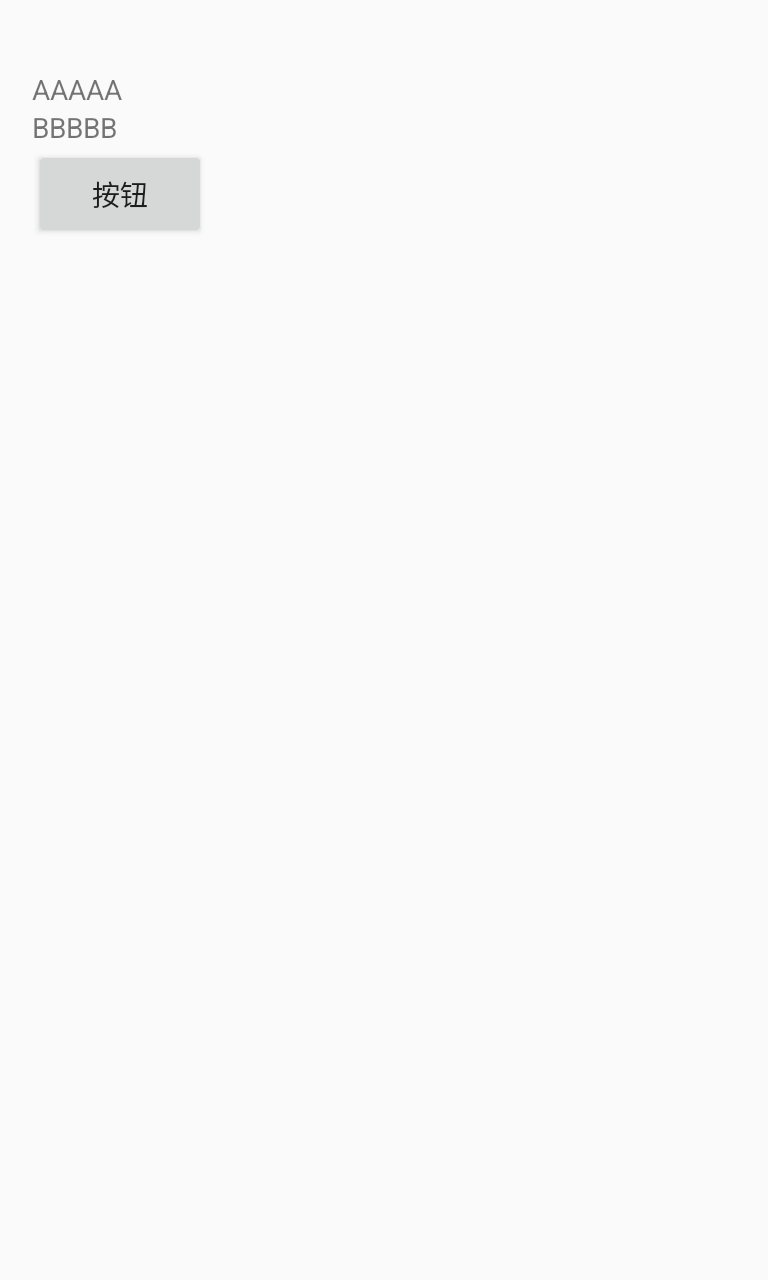
Repository: zzznn/Android_and_java
Layout: work/Day0202/res/layout/activity_main.xml
These files come from the project's save history. The layout is drawn as it stood at one moment and after the next save; the edit follows.
It is drawn on a 768 x 1280 px phone screen (xhdpi) without system bars, with theme AppTheme; the app's code is not run.

Above is the layout before, as saved 2018-01-03 07:20:49.

After the next save:
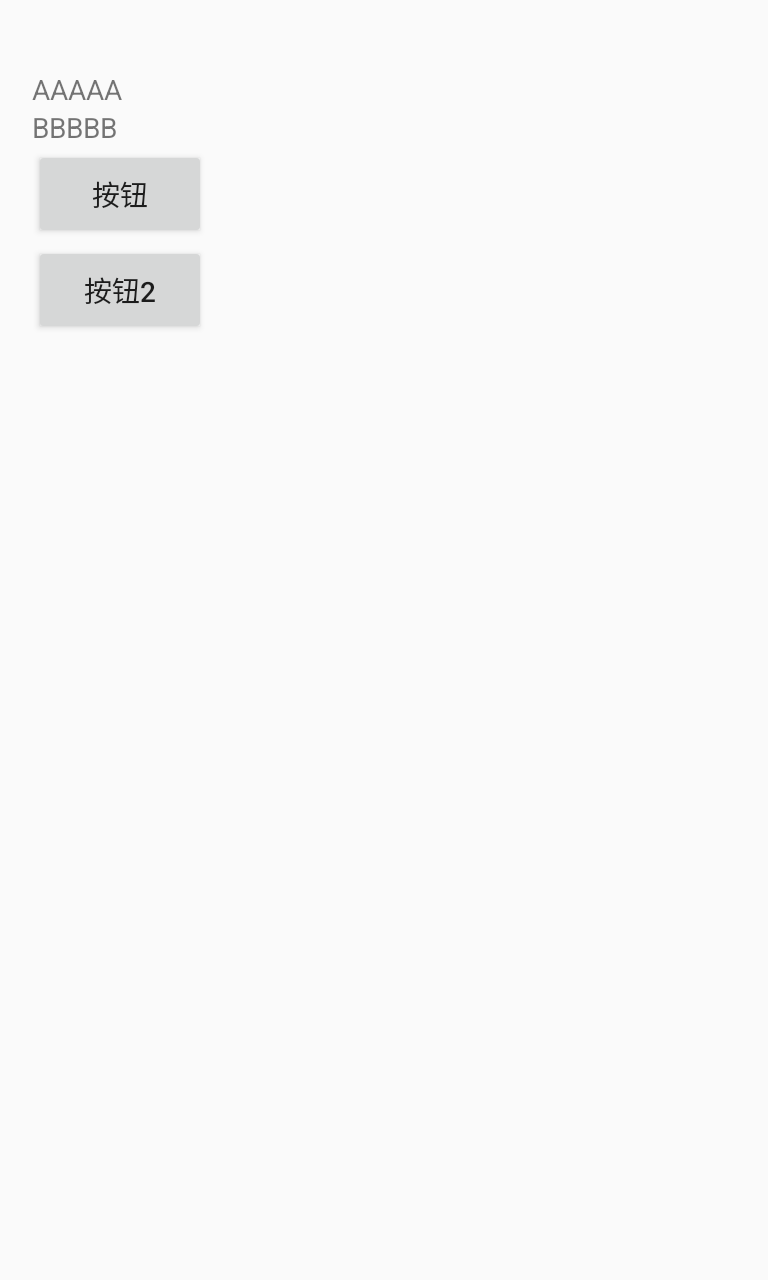
Saved 6 min 15 s later.
--- a/work/Day0202/res/layout/activity_main.xml
+++ b/work/Day0202/res/layout/activity_main.xml
@@ -32,7 +32,13 @@
         android:layout_width="wrap_content"
         android:layout_height="wrap_content"
         android:text="按钮"
+        />
 
+        <Button
+        android:id="@+id/btn_a"
+        android:layout_width="wrap_content"
+        android:layout_height="wrap_content"
+        android:text="按钮2"
         />
 
 </LinearLayout>
